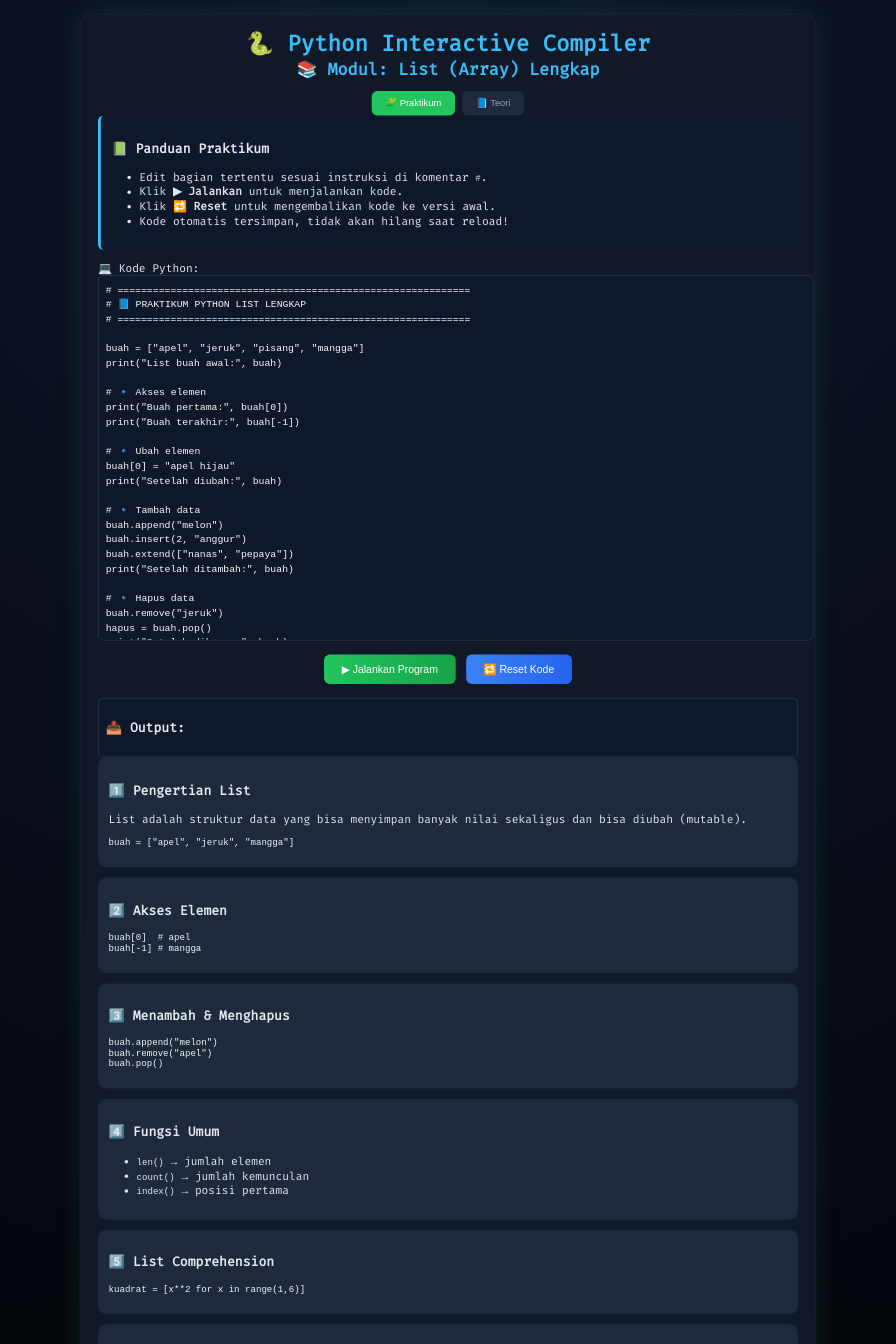
Repository: smkmutipugademak/Array
Page: index.html
These files come from the project's save history. The page is drawn as it stood at one moment and after the next save; the edit follows.
The browser window is 1280 px wide. The pictures show the part of the page from y = 0 to 1920 px (the page is 2760 px tall), at 70% of full size.
An inner scrolling area shows only its first screen.

Above is the page before, as saved 2025-11-11 05:10:46.

### index.html
<!DOCTYPE html>
<html lang="id">

<head>
    <meta charset="UTF-8" />
    <meta name="viewport" content="width=device-width, initial-scale=1.0" />
    <title>🐍 Python Interactive Compiler - Belajar List</title>
    <link rel="stylesheet" href="style.css" />
    <link href="https://fonts.googleapis.com/css2?family=Fira+Code&display=swap" rel="stylesheet">
</head>

<body>
    <div class="container">
        <h1>🐍 Python Interactive Compiler</h1>
        <h2>📚 Modul: List (Array) Lengkap</h2>

        <div class="tabs">
            <button class="tab-button active" data-tab="praktikum">🧩 Praktikum</button>
            <button class="tab-button" data-tab="teori">📘 Teori</button>
        </div>

        <!-- ===================== TAB PRAKTIKUM ===================== -->
        <div id="praktikum" class="tab-content active">
            <div class="instructions">
                <h3>📗 Panduan Praktikum</h3>
                <ul>
                    <li>Edit bagian tertentu sesuai instruksi di komentar <code>#</code>.</li>
                    <li>Klik <b>▶ Jalankan</b> untuk menjalankan kode.</li>
                    <li>Klik <b>🔁 Reset</b> untuk mengembalikan kode ke versi awal.</li>
                    <li>Kode otomatis tersimpan, tidak akan hilang saat reload!</li>
                </ul>
            </div>

            <div class="editor-section">
                <label>💻 Kode Python:</label>
                <textarea id="editor" spellcheck="false"></textarea>

                <div class="btn-group">
                    <button id="runBtn">▶ Jalankan Program</button>
                    <button id="resetBtn">🔁 Reset Kode</button>
                </div>
            </div>

            <div class="output-container">
                <h3>📤 Output:</h3>
                <pre id="output"></pre>
            </div>
        </div>

        <!-- ===================== TAB TEORI ===================== -->
        <div id="teori" class="tab-content">
            <div class="theory-section">
                <div class="card">
                    <h3>1️⃣ Pengertian List</h3>
                    <p>List adalah struktur data yang bisa menyimpan banyak nilai sekaligus dan bisa diubah (mutable).
                    </p>
                    <pre><code>buah = ["apel", "jeruk", "mangga"]</code></pre>
                </div>

                <div class="card">
                    <h3>2️⃣ Akses Elemen</h3>
                    <pre><code>buah[0]  # apel
buah[-1] # mangga</code></pre>
                </div>

                <div class="card">
                    <h3>3️⃣ Menambah & Menghapus</h3>
                    <pre><code>buah.append("melon")
buah.remove("apel")
buah.pop()</code></pre>
                </div>

                <div class="card">
                    <h3>4️⃣ Fungsi Umum</h3>
                    <ul>
                        <li><code>len()</code> → jumlah elemen</li>
                        <li><code>count()</code> → jumlah kemunculan</li>
                        <li><code>index()</code> → posisi pertama</li>
                    </ul>
                </div>

                <div class="card">
                    <h3>5️⃣ List Comprehension</h3>
                    <pre><code>kuadrat = [x**2 for x in range(1,6)]</code></pre>
                </div>

                <div class="card">
                    <h3>6️⃣ Operasi List</h3>
                    <pre><code>angka = [1, 2, 3]
angka2 = [4, 5]
print(angka + angka2)   # Gabung
print(angka * 2)        # Ulangi</code></pre>
                </div>

                <div class="card">
                    <h3>7️⃣ Nested List</h3>
                    <pre><code>kelas = [["Ani", 80], ["Budi", 90]]
print(kelas[1][1])  # 90</code></pre>
                </div>

                <div class="card">
                    <h3>8️⃣ Looping List</h3>
                    <pre><code>buah = ["apel", "jeruk", "mangga"]
for x in buah:
    print(x)</code></pre>
                </div>

                <div class="card">
                    <h3>9️⃣ Sort & Reverse</h3>
                    <pre><code>angka = [5, 2, 8, 1]
angka.sort()
angka.reverse()
print(angka)</code></pre>
                </div>

                <div class="card">
                    <h3>🔟 Copy dan Clear</h3>
                    <pre><code>data = [1, 2, 3]
copy_data = data.copy()
copy_data.clear()</code></pre>
                </div>
            </div>
        </div>
    </div>

    <script src="https://cdn.jsdelivr.net/npm/skulpt@1.2.0/dist/skulpt.min.js"></script>
    <script src="https://cdn.jsdelivr.net/npm/skulpt@1.2.0/dist/skulpt-stdlib.js"></script>
    <script src="script.js"></script>
</body>

</html>

### style.css
body {
    background: radial-gradient(circle at top, #0f172a, #000);
    color: #e2e8f0;
    font-family: "Fira Code", monospace;
    margin: 0;
    padding: 20px;
    display: flex;
    justify-content: center;
}

.container {
    background: #111827;
    border: 1px solid #1e293b;
    border-radius: 16px;
    padding: 20px 25px;
    width: 95%;
    max-width: 1000px;
    box-shadow: 0 0 40px rgba(0, 255, 150, 0.1);
}

h1,
h2 {
    text-align: center;
    color: #38bdf8;
    margin: 0;
}

.tabs {
    display: flex;
    justify-content: center;
    margin-top: 15px;
    gap: 10px;
}

.tab-button {
    padding: 10px 20px;
    background: #1e293b;
    border: none;
    border-radius: 8px;
    color: #94a3b8;
    cursor: pointer;
    transition: 0.3s;
}

.tab-button.active {
    background: #22c55e;
    color: #fff;
}

.tab-button:hover {
    background: #16a34a;
    color: #fff;
}

.instructions {
    background: #0f172a;
    border-left: 4px solid #38bdf8;
    padding: 15px;
    border-radius: 8px;
}

.editor-section {
    margin-top: 15px;
}

textarea {
    width: 100%;
    height: 500px;
    background: #0f172a;
    color: #f8fafc;
    border: 1px solid #334155;
    border-radius: 8px;
    padding: 10px;
    line-height: 1.5;
    resize: none;
    font-size: 14px;
}

.btn-group {
    display: flex;
    justify-content: center;
    gap: 15px;
    margin-top: 15px;
}

#runBtn,
#resetBtn {
    padding: 12px 25px;
    border: none;
    border-radius: 8px;
    color: white;
    cursor: pointer;
    font-size: 15px;
    transition: 0.3s;
}

#runBtn {
    background: linear-gradient(90deg, #22c55e, #16a34a);
}

#runBtn:hover {
    transform: scale(1.05);
    background: linear-gradient(90deg, #16a34a, #15803d);
}

#resetBtn {
    background: linear-gradient(90deg, #3b82f6, #2563eb);
}

#resetBtn:hover {
    transform: scale(1.05);
    background: linear-gradient(90deg, #2563eb, #1d4ed8);
}

.output-container {
    background: #0f172a;
    border: 1px solid #334155;
    border-radius: 8px;
    padding: 10px;
    margin-top: 20px;
}

pre {
    white-space: pre-wrap;
    color: #f1f5f9;
}

.theory-section {
    display: grid;
    gap: 15px;
}

.card {
    background: #1e293b;
    border-radius: 12px;
    padding: 15px;
    box-shadow: 0 0 10px rgba(0, 255, 150, 0.05);
}

@media (max-width: 700px) {
    textarea {
        height: 400px;
        font-size: 13px;
    }

    #runBtn,
    #resetBtn {
        font-size: 14px;
        padding: 10px 20px;
    }
}

### script.js
// ============================================================
// 🧠 PYTHON COMPILER WITH AUTOSAVE
// ============================================================
const defaultCode = `# ============================================================
# 📘 PRAKTIKUM PYTHON LIST LENGKAP
# ============================================================

buah = ["apel", "jeruk", "pisang", "mangga"]
print("List buah awal:", buah)

# 🔹 Akses elemen
print("Buah pertama:", buah[0])
print("Buah terakhir:", buah[-1])

# 🔹 Ubah elemen
buah[0] = "apel hijau"
print("Setelah diubah:", buah)

# 🔹 Tambah data
buah.append("melon")
buah.insert(2, "anggur")
buah.extend(["nanas", "pepaya"])
print("Setelah ditambah:", buah)

# 🔹 Hapus data
buah.remove("jeruk")
hapus = buah.pop()
print("Setelah dihapus:", buah)
print("Yang dihapus:", hapus)

# 🔹 Fungsi dasar list
angka = [2, 4, 5, 5, 10, 4]
print("List angka:", angka)
print("Jumlah elemen:", len(angka))
print("Banyak angka 5:", angka.count(5))
print("Indeks angka 4:", angka.index(4))

# 🔹 Operasi list
print("Penjumlahan list:", angka + [20, 30])
print("Duplikasi list:", angka * 2)
print("Apakah 4 ada di list?", 4 in angka)

# 🔹 Slicing
print("Elemen ke-2 s.d 4:", angka[1:4])
print("Membalik urutan:", angka[::-1])

# 🔹 Nested list
kelas = [["Ani", 80], ["Budi", 90], ["Citra", 85]]
print("Nilai Budi:", kelas[1][1])

# 🔹 Looping
print("Daftar nilai siswa:")
for nama, nilai in kelas:
    print("-", nama, "=", nilai)

# 🔹 List comprehension
kuadrat = [x**2 for x in range(1, 6)]
print("Kuadrat 1–5:", kuadrat)

# 🔹 Sort & Reverse
angka2 = [9, 3, 6, 1, 7]
angka2.sort()
print("Urut naik:", angka2)
angka2.reverse()
print("Urut turun:", angka2)

# 🔹 Copy dan Clear
salinan = angka2.copy()
salinan.append(100)
print("Asli:", angka2)
print("Salinan:", salinan)
salinan.clear()
print("Setelah clear:", salinan)

print("\\n✅ Semua fungsi List Python telah dipelajari!")`;

// ===========================
//  Inisialisasi Editor
// ===========================
const editor = document.getElementById("editor");
const output = document.getElementById("output");
const savedCode = localStorage.getItem("pythonCode");

editor.value = savedCode || defaultCode;

// ===========================
//  Jalankan Program
// ===========================
function outf(text) {
    output.innerHTML += text + "\n";
}

function builtinRead(x) {
    if (Sk.builtinFiles === undefined || Sk.builtinFiles["files"][x] === undefined)
        throw "File not found: '" + x + "'";
    return Sk.builtinFiles["files"][x];
}

document.getElementById("runBtn").addEventListener("click", () => {
    output.innerHTML = "";
    Sk.configure({ output: outf, read: builtinRead });
    Sk.misceval.asyncToPromise(() => Sk.importMainWithBody("<stdin>", false, editor.value, true))
        .then(() => outf("\n✅ Program selesai tanpa error."))
        .catch(err => outf("\n❌ Error: " + err.toString()));
});

// ===========================
//  Reset ke Default
// ===========================
document.getElementById("resetBtn").addEventListener("click", () => {
    if (confirm("Yakin ingin mengembalikan kode ke versi awal?")) {
        editor.value = defaultCode;
        output.innerHTML = "";
        localStorage.removeItem("pythonCode");
    }
});

// ===========================
//  Autosave Tiap 2 Detik
// ===========================
setInterval(() => {
    localStorage.setItem("pythonCode", editor.value);
}, 2000);

// ===========================
//  Tab Navigasi
// ===========================
document.querySelectorAll(".tab-button").forEach(btn => {
    btn.addEventListener("click", () => {
        document.querySelectorAll(".tab-button").forEach(b => b.classList.remove("active"));
        document.querySelectorAll(".tab-content").forEach(c => c.classList.remove("active"));
        btn.classList.add("active");
        document.getElementById(btn.dataset.tab).classList.add("active");
    });
});

After the next save:
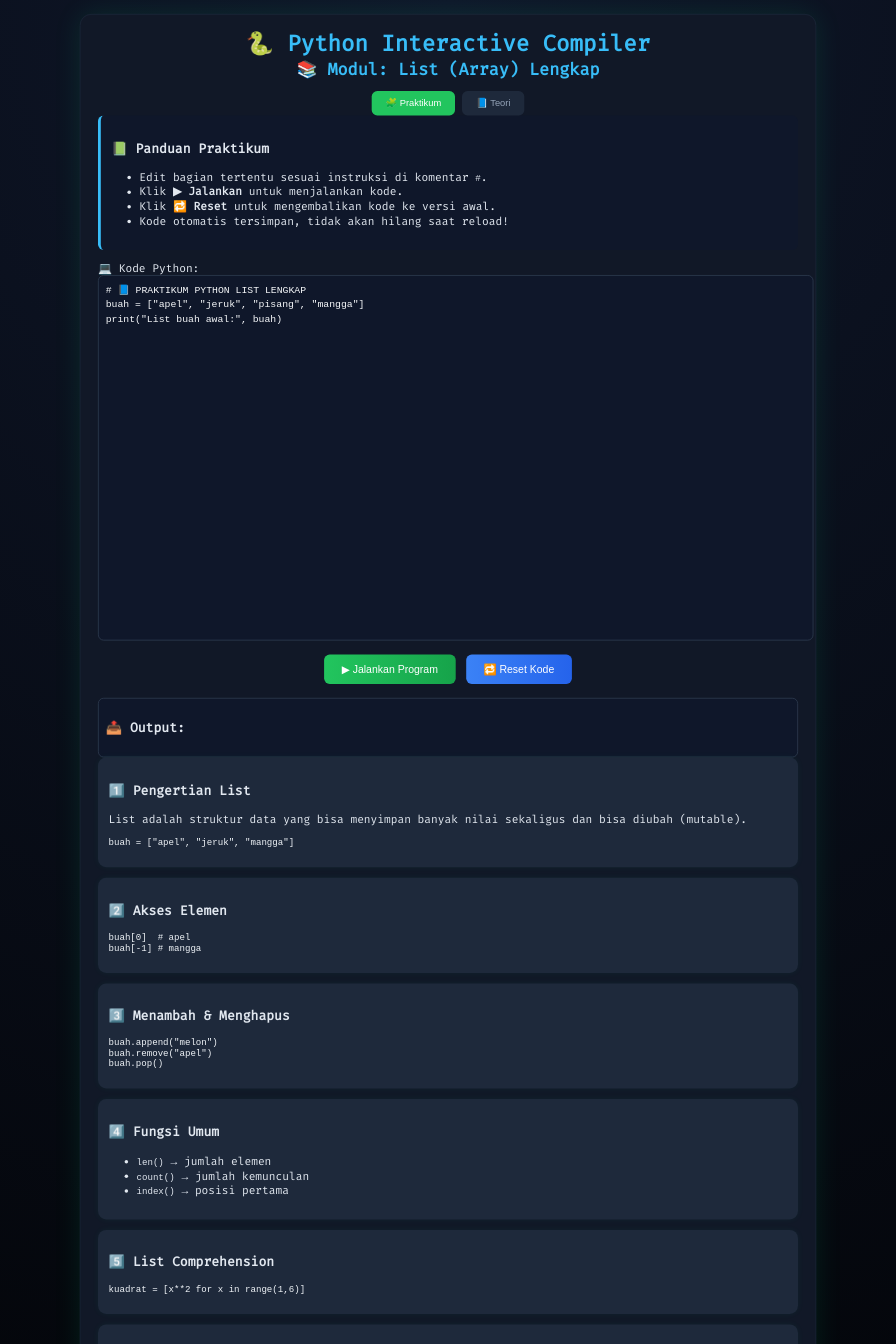
Saved 15 s later.
--- a/script.js
+++ b/script.js
@@ -1,101 +1,26 @@
 // ============================================================
 // 🧠 PYTHON COMPILER WITH AUTOSAVE
 // ============================================================
-const defaultCode = `# ============================================================
-# 📘 PRAKTIKUM PYTHON LIST LENGKAP
-# ============================================================
 
+const defaultCode = `# 📘 PRAKTIKUM PYTHON LIST LENGKAP
 buah = ["apel", "jeruk", "pisang", "mangga"]
 print("List buah awal:", buah)
+`;
 
-# 🔹 Akses elemen
-print("Buah pertama:", buah[0])
-print("Buah terakhir:", buah[-1])
-
-# 🔹 Ubah elemen
-buah[0] = "apel hijau"
-print("Setelah diubah:", buah)
-
-# 🔹 Tambah data
-buah.append("melon")
-buah.insert(2, "anggur")
-buah.extend(["nanas", "pepaya"])
-print("Setelah ditambah:", buah)
-
-# 🔹 Hapus data
-buah.remove("jeruk")
-hapus = buah.pop()
-print("Setelah dihapus:", buah)
-print("Yang dihapus:", hapus)
-
-# 🔹 Fungsi dasar list
-angka = [2, 4, 5, 5, 10, 4]
-print("List angka:", angka)
-print("Jumlah elemen:", len(angka))
-print("Banyak angka 5:", angka.count(5))
-print("Indeks angka 4:", angka.index(4))
-
-# 🔹 Operasi list
-print("Penjumlahan list:", angka + [20, 30])
-print("Duplikasi list:", angka * 2)
-print("Apakah 4 ada di list?", 4 in angka)
-
-# 🔹 Slicing
-print("Elemen ke-2 s.d 4:", angka[1:4])
-print("Membalik urutan:", angka[::-1])
-
-# 🔹 Nested list
-kelas = [["Ani", 80], ["Budi", 90], ["Citra", 85]]
-print("Nilai Budi:", kelas[1][1])
-
-# 🔹 Looping
-print("Daftar nilai siswa:")
-for nama, nilai in kelas:
-    print("-", nama, "=", nilai)
-
-# 🔹 List comprehension
-kuadrat = [x**2 for x in range(1, 6)]
-print("Kuadrat 1–5:", kuadrat)
-
-# 🔹 Sort & Reverse
-angka2 = [9, 3, 6, 1, 7]
-angka2.sort()
-print("Urut naik:", angka2)
-angka2.reverse()
-print("Urut turun:", angka2)
-
-# 🔹 Copy dan Clear
-salinan = angka2.copy()
-salinan.append(100)
-print("Asli:", angka2)
-print("Salinan:", salinan)
-salinan.clear()
-print("Setelah clear:", salinan)
-
-print("\\n✅ Semua fungsi List Python telah dipelajari!")`;
-
-// ===========================
-//  Inisialisasi Editor
-// ===========================
 const editor = document.getElementById("editor");
 const output = document.getElementById("output");
 const savedCode = localStorage.getItem("pythonCode");
-
 editor.value = savedCode || defaultCode;
 
-// ===========================
-//  Jalankan Program
-// ===========================
+// Jalankan
 function outf(text) {
     output.innerHTML += text + "\n";
 }
-
 function builtinRead(x) {
     if (Sk.builtinFiles === undefined || Sk.builtinFiles["files"][x] === undefined)
         throw "File not found: '" + x + "'";
     return Sk.builtinFiles["files"][x];
 }
-
 document.getElementById("runBtn").addEventListener("click", () => {
     output.innerHTML = "";
     Sk.configure({ output: outf, read: builtinRead });
@@ -104,9 +29,7 @@ document.getElementById("runBtn").addEventListener("click", () => {
         .catch(err => outf("\n❌ Error: " + err.toString()));
 });
 
-// ===========================
-//  Reset ke Default
-// ===========================
+// Reset
 document.getElementById("resetBtn").addEventListener("click", () => {
     if (confirm("Yakin ingin mengembalikan kode ke versi awal?")) {
         editor.value = defaultCode;
@@ -115,15 +38,11 @@ document.getElementById("resetBtn").addEventListener("click", () => {
     }
 });
 
-// ===========================
-//  Autosave Tiap 2 Detik
-// ===========================
-setInterval(() => {
-    localStorage.setItem("pythonCode", editor.value);
-}, 2000);
+// Autosave
+setInterval(() => localStorage.setItem("pythonCode", editor.value), 2000);
 
 // ===========================
-//  Tab Navigasi
+//  Tab Navigasi (Fix Bug)
 // ===========================
 document.querySelectorAll(".tab-button").forEach(btn => {
     btn.addEventListener("click", () => {
